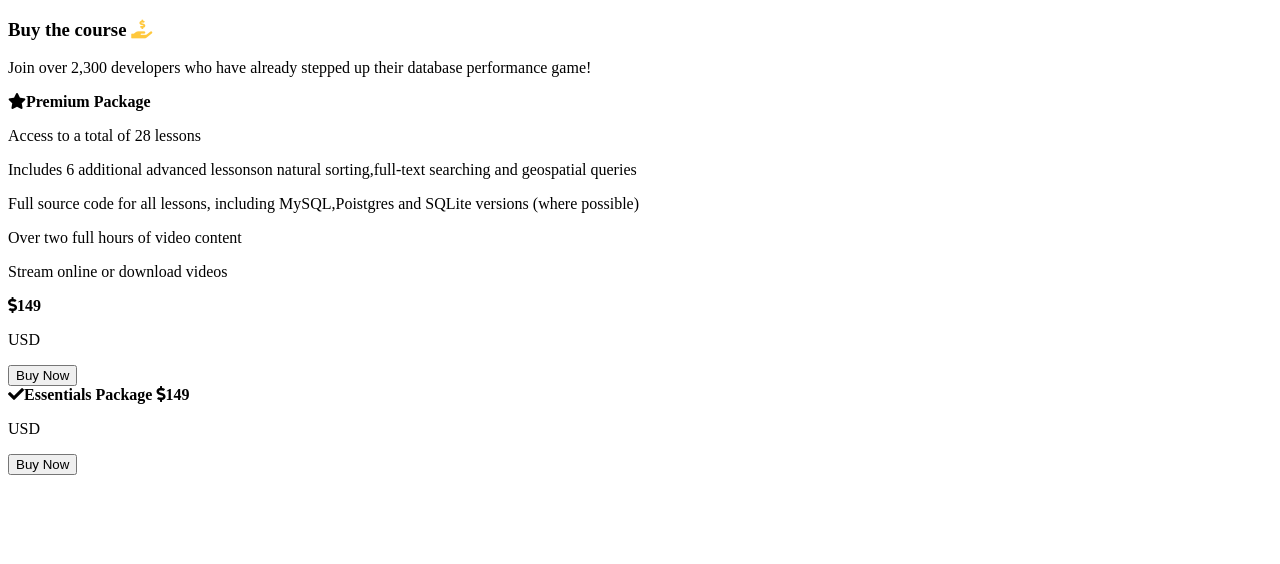
Repository: Z-ayat/Challenges
Page: Challenge 4/index.html
An editor plug-in stored every save of this project. The page is shown before and after the next save, followed by the edit.
The browser window is 1280 px wide. The pictures show the whole page.

Above is the page before, as saved 2021-09-07 00:28:13.

After the next save:
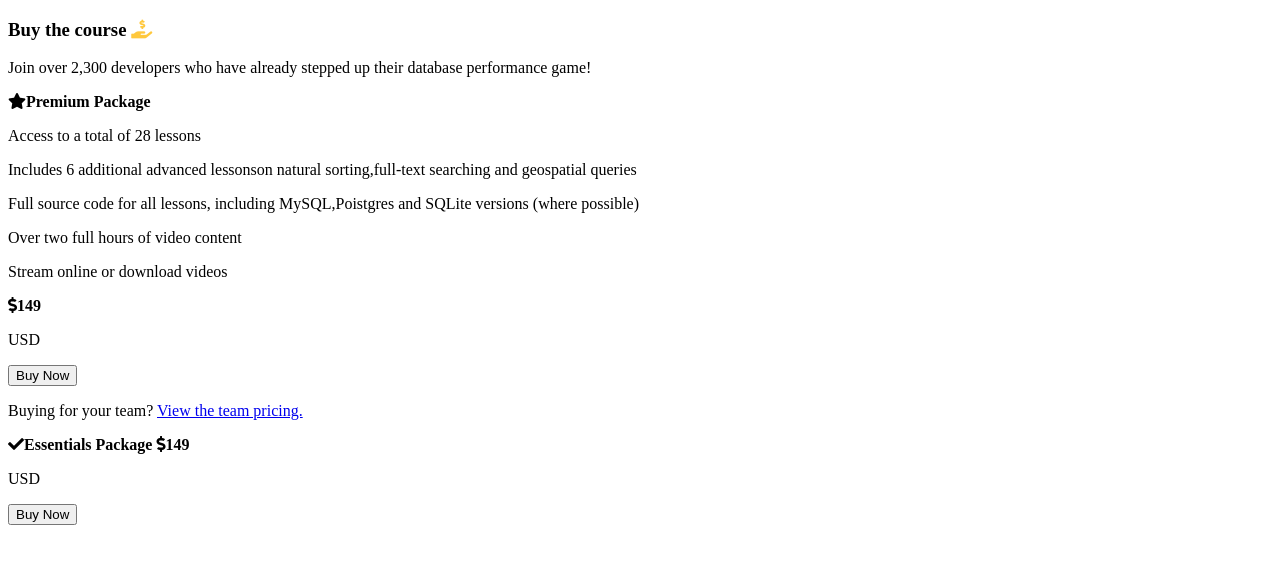
Saved 2 min 12 s later.
--- a/Challenge 4/index.html
+++ b/Challenge 4/index.html
@@ -27,6 +27,7 @@
             <i class="fas fa-dollar-sign">149</i>
             <p class="usd">USD</p>
             <button>Buy Now</button>
+            <p>Buying for your team? <a href="#">View the team pricing.</a></p>
         </div>
         <div class="ess-pack">
             <i class="fas fa-check">Essentials Package</i>
